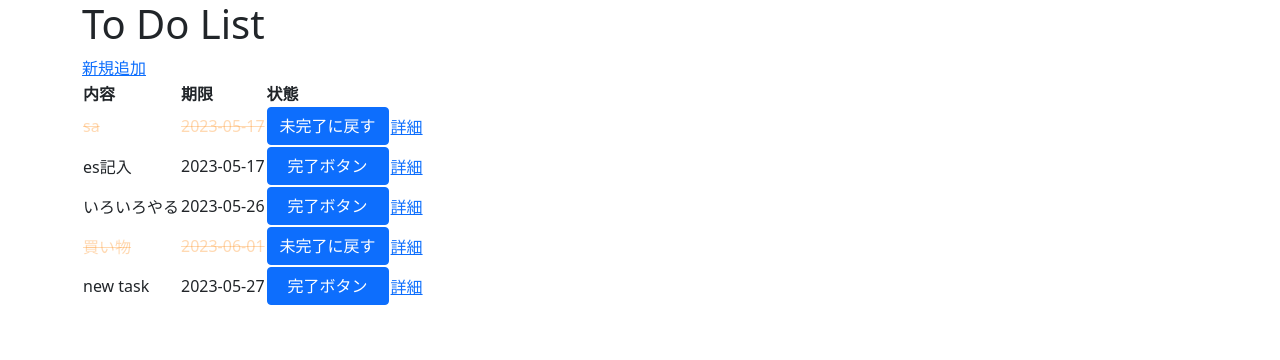
Repository: sgmtg/ToDoList
Page: http://localhost/
The author's editor kept a record of every edit. The page is drawn from the files as they stood at one moment, then again after the next edit.
The browser window is 1280 px wide. The pictures show the whole page.
The page is served by the project's application, run on Flask 3 (app.py). The page reads the database file committed with the project.

Above is the page before.

After the next edit:
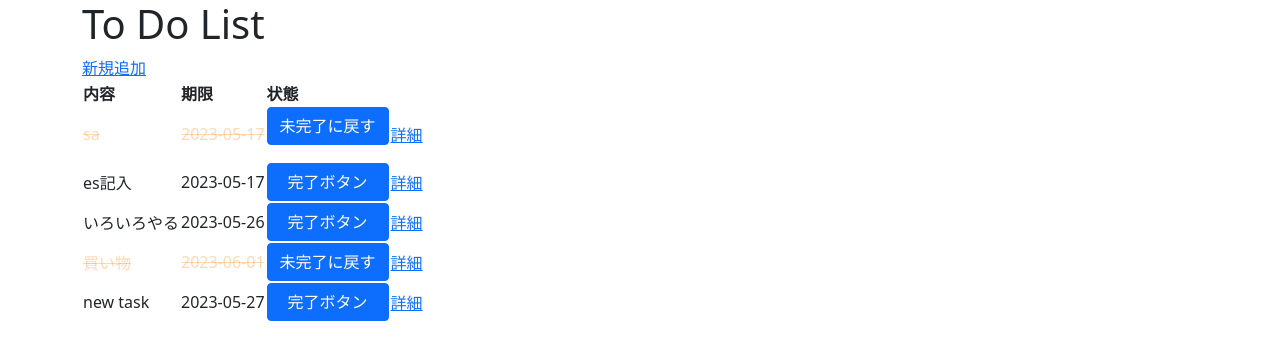
The edit:
--- a/templates/index.html
+++ b/templates/index.html
@@ -15,7 +15,7 @@
                 <td  {% if post.done %} class="done" {% endif %}>{{ post.title }}</td>
                 <td  {% if post.done %} class="done" {% endif %}>{{ post.due.date() }}</td>
                 </span>
-                <td><a href="/change_status/{{ post.id }}">
+                <td><form href="/change_status/{{ post.id }}">
                     <button type="submit" class="btn btn-primary">
                     {% if post.done %}未完了に戻す
                     {% else %}完了ボタン
